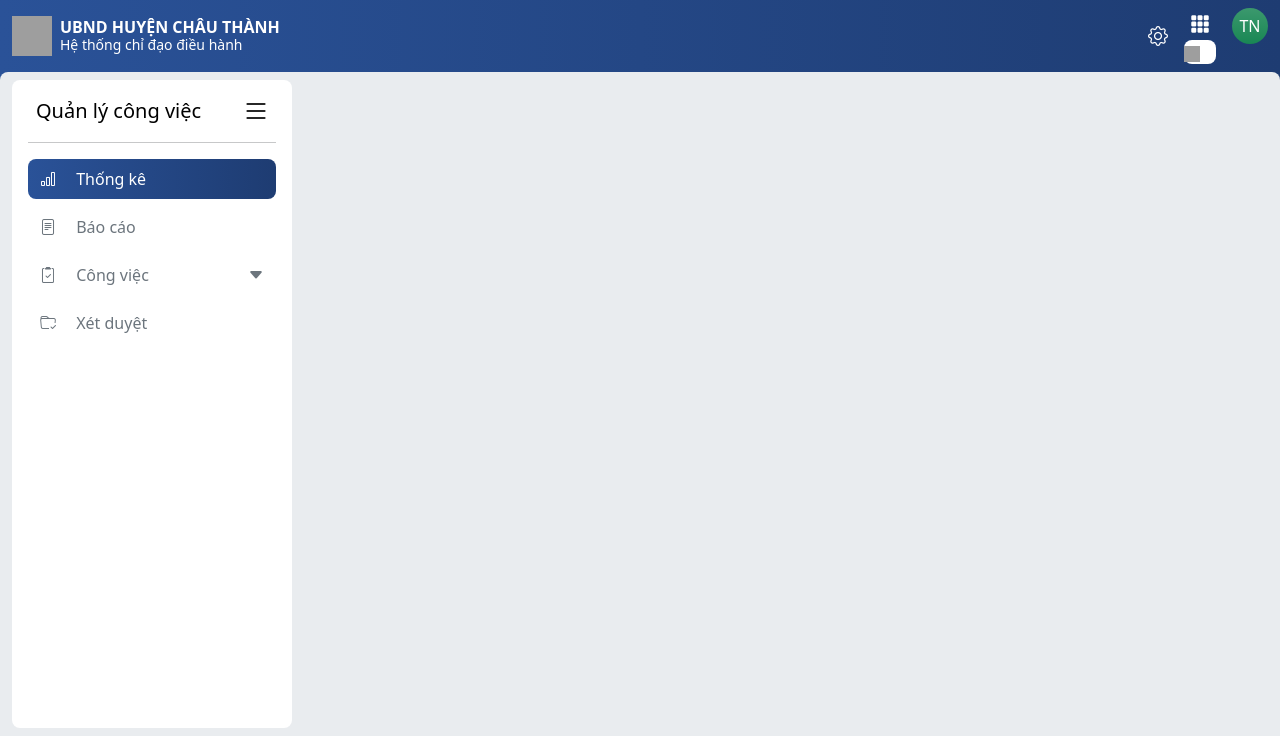
Repository: mys-pro/DATT-HeThongChiDaoDieuHanh
Page: index.html
An editor plug-in stored every save of this project. The page is shown before and after the next save, followed by the edit.
The browser window is 1280 px wide. The pictures show the whole page.
Pictures or frames that could not be fetched are drawn as grey boxes.

Above is the page before, as saved 2024-04-21 14:54:59.

After the next save:
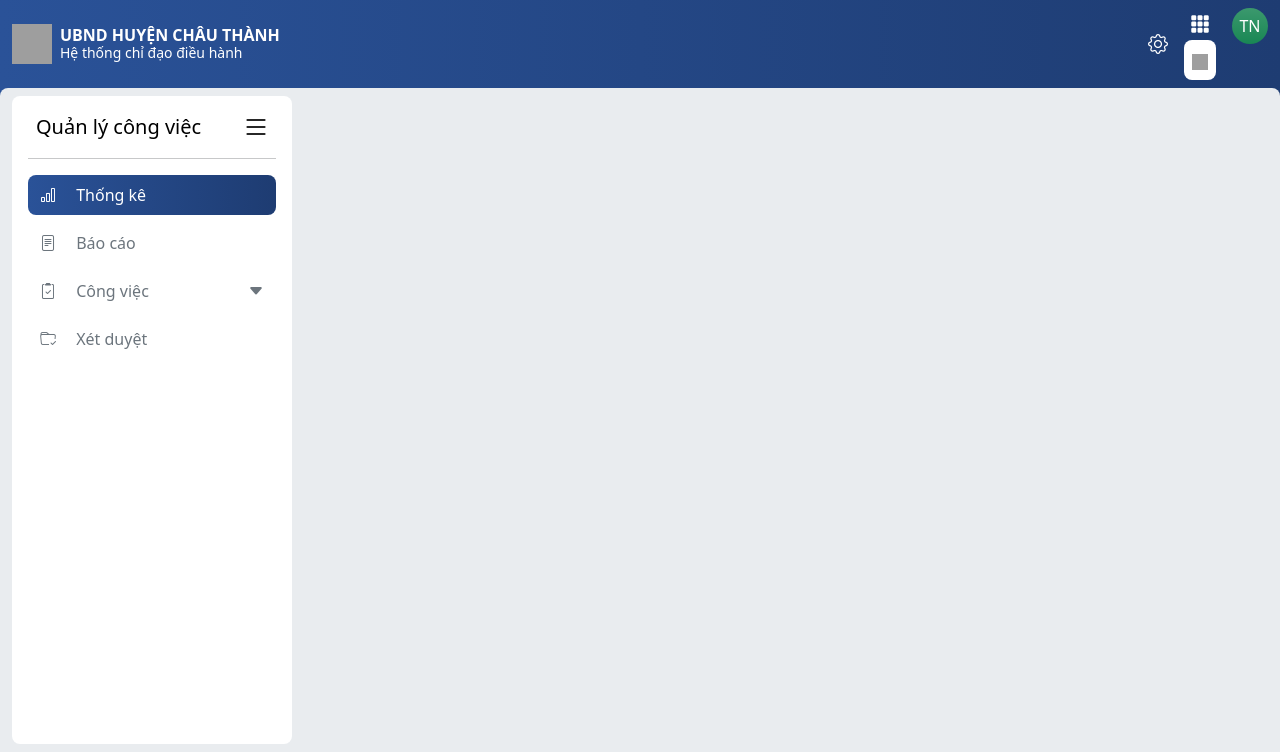
Saved 20 s later.
--- a/index.html
+++ b/index.html
@@ -38,7 +38,7 @@
                             id="dropdown-apps">
                                 <i class="bi bi-grid-3x3-gap-fill fs-5"></i>
                             </button>
-                            <div class="row-cols-2 bg-white rounded-3" id="list-apps">
+                            <div class="row-cols-2 bg-white rounded-3 p-2" id="list-apps">
                                 <div class="col">
                                     <img src="./Assets/Image/task-icon.png" alt="" width="16px" height="16px">
                                 </div>

After the 2 saves that followed:
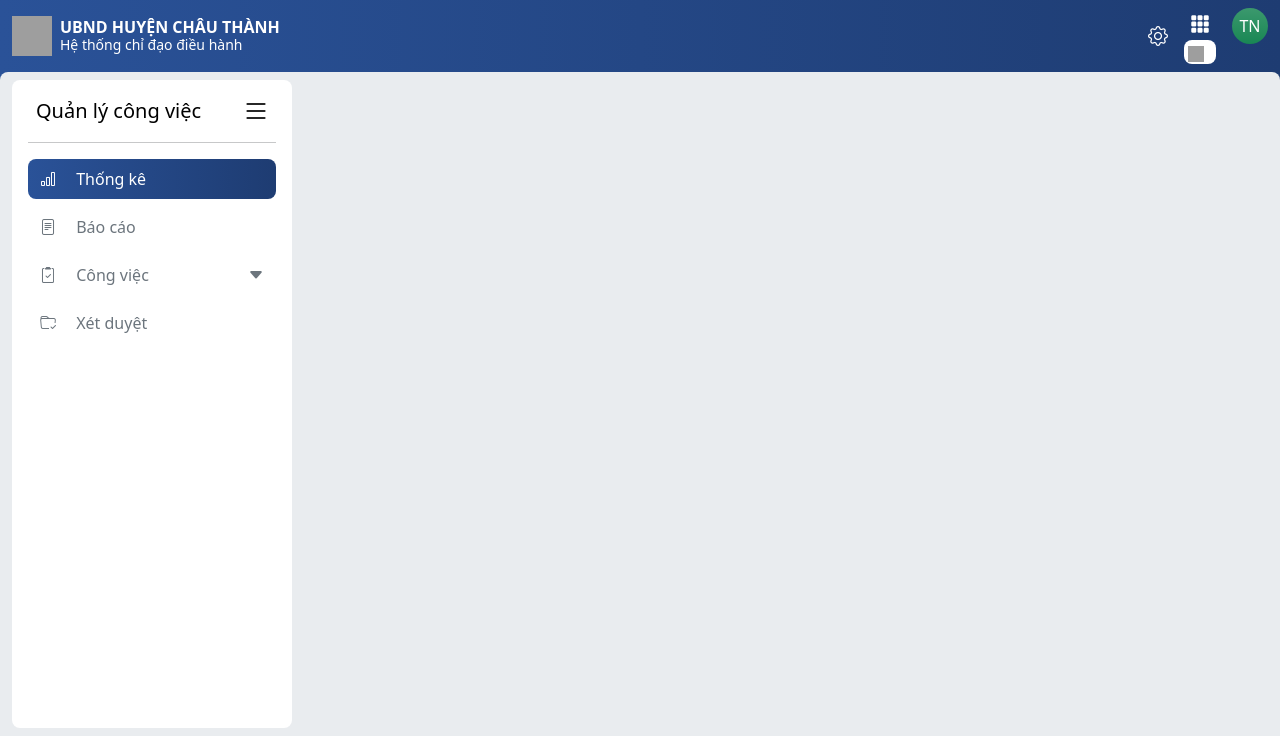
The 2 saves are shown as one change because they came seconds apart.
The last was saved 8 s later.
--- a/index.html
+++ b/index.html
@@ -38,7 +38,7 @@
                             id="dropdown-apps">
                                 <i class="bi bi-grid-3x3-gap-fill fs-5"></i>
                             </button>
-                            <div class="row-cols-2 bg-white rounded-3 p-2" id="list-apps">
+                            <div class="row-cols-2 bg-white rounded-3 px-1" id="list-apps">
                                 <div class="col">
                                     <img src="./Assets/Image/task-icon.png" alt="" width="16px" height="16px">
                                 </div>
